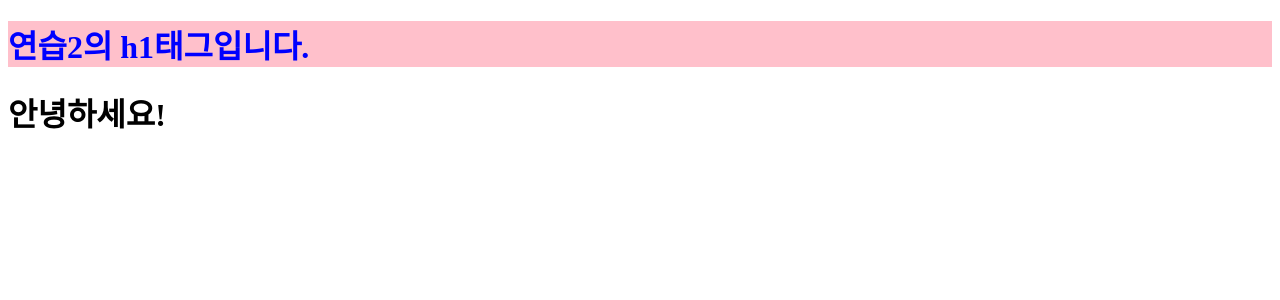
Repository: blinggg/html_git
Page: 0406/ex0406/WebContent/ex02.html
An editor plug-in stored every save of this project. The page is shown before and after the next save, followed by the edit.
The browser window is 1280 px wide. The pictures show the whole page.

Above is the page before, as saved 2020-04-06 08:57:13.

### 0406/ex0406/WebContent/ex02.html
<!DOCTYPE html>
<html>
<head>
	<meta charset="UTF-8">
	<title>연습2</title>

	<script src="home.js"></script>
</head>
<body>
	<h1 style="background:pink;color:blue;"> 연습2의 h1태그입니다.</h1>
	<h1>안녕하세요!</h1>
</body>
</html>

### 0406/ex0406/WebContent/home.js
//1~100까지의 합계 구하기

var sum=0;
var i=0;

while(i<100){
	i=i+1;
	sum=sum+i;
}alert ("1~100까지의 합계:"+sum);

### 0406/ex0406/WebContent/home.css
@charset "UTF-8";

 /*주석*/
	h1{color:white;
	background:black;text-align:center;}

	h2{color:red;
	background:yellow;text-align:right;}

	body{background:#D9E5FF;}

	h3{background:pink;}

After the next save:
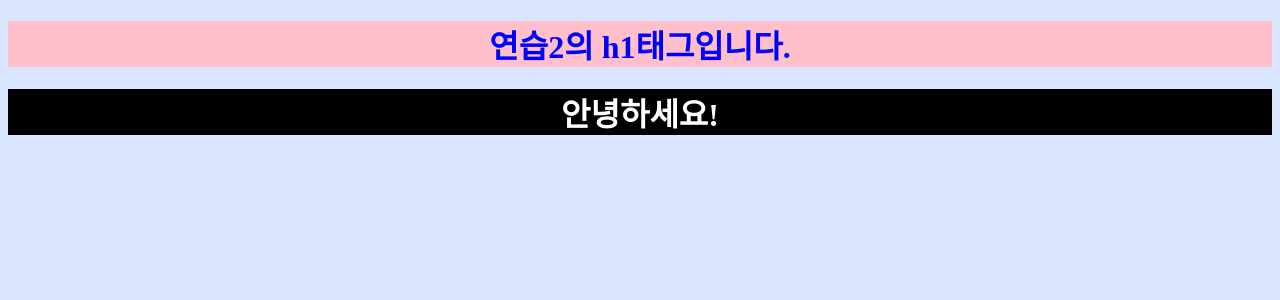
Saved 48 s later.
--- a/0406/ex0406/WebContent/ex02.html
+++ b/0406/ex0406/WebContent/ex02.html
@@ -3,7 +3,10 @@
 <head>
 	<meta charset="UTF-8">
 	<title>연습2</title>
+	<link rel="stylesheet" href="home.css"/>
+	<style>
 
+	</style>
 	<script src="home.js"></script>
 </head>
 <body>
